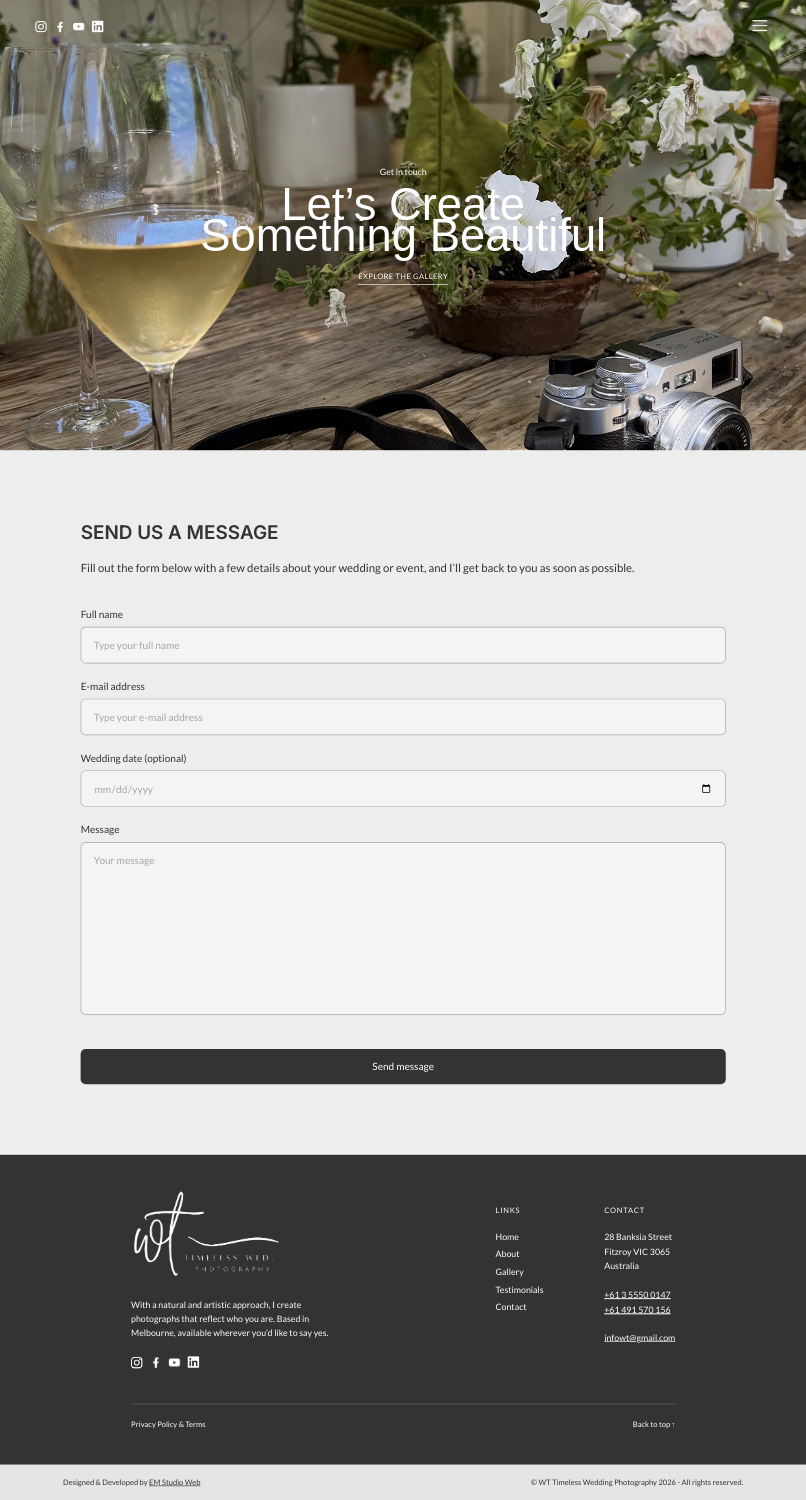
Repository: eduarda-magnago/wt-photography
Page: /contact
These files come from the project's save history. The page is drawn as it stood at one moment and after the next save; the edit follows.
The browser window is 1280 px wide. The pictures show the whole page, at 63% of full size.
Some web fonts or font styles are not loaded; a fallback is used. The project was rebuilt for these pictures with package versions that can differ from the ones it lists, and the page was loaded fresh each time. The framework's server and built-in components were replaced by stand-ins that run in the browser. Also part of the build but not shown: next.config.ts.

Above is the page before, as saved 2026-10-19 14:32:09.

After the next save:
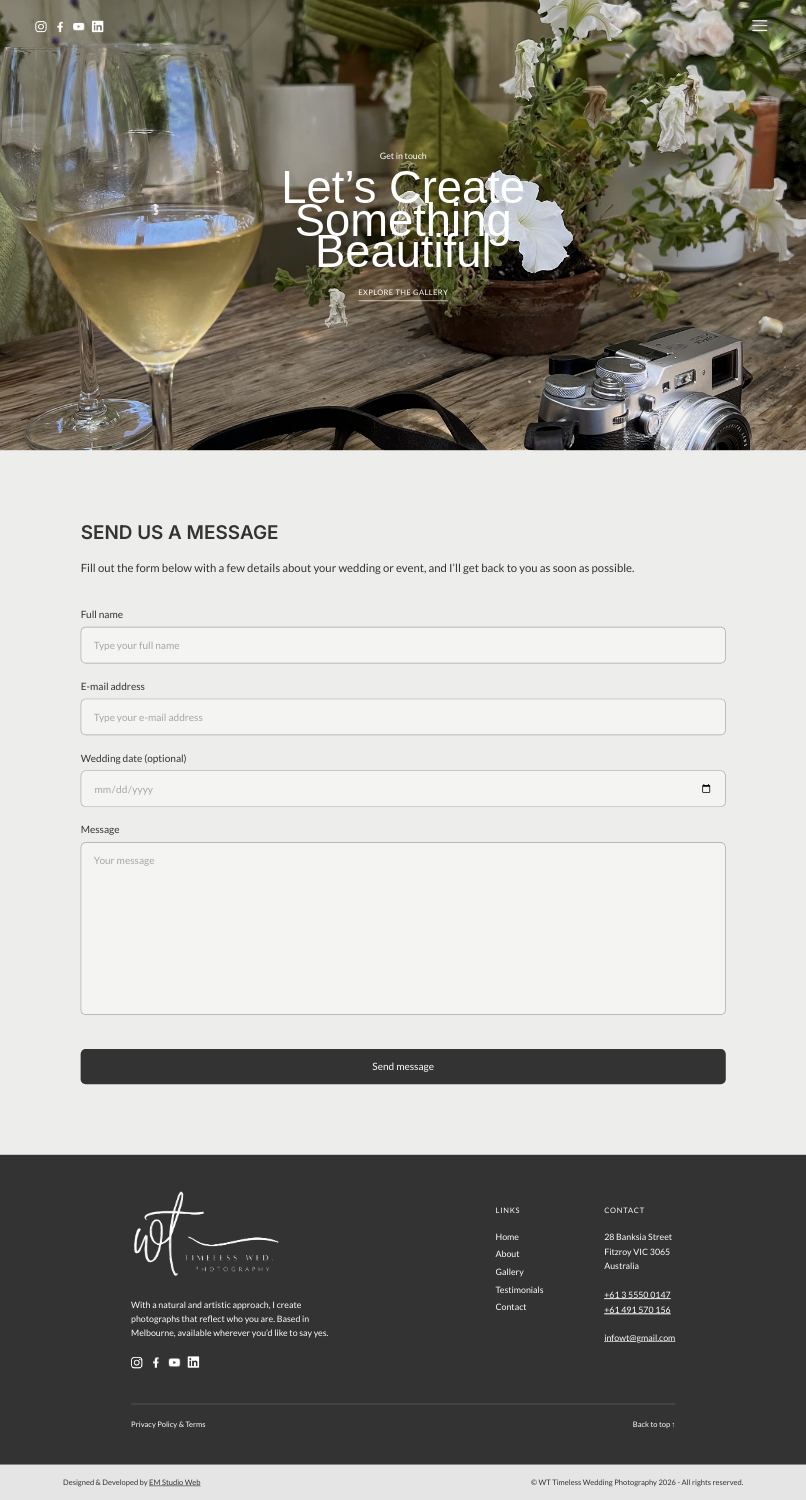
Saved 39 s later.
--- a/components/hero.tsx
+++ b/components/hero.tsx
@@ -29,7 +29,7 @@ export default function Hero({
       <div className="absolute inset-0 bg-black/5" />
       <div className="relative z-10 flex max-w-3xl flex-col items-center px-6 text-center text-white">
         <p className="mb-4 text-sm">{eyebrow}</p>
-        <h1 className="font-hero text-5xl capitalize leading-[0.7] md:text-7xl">
+        <h1 className="font-hero whitespace-pre-line text-5xl capitalize leading-[0.7] md:text-7xl">
           {title}
         </h1>
         <Link
